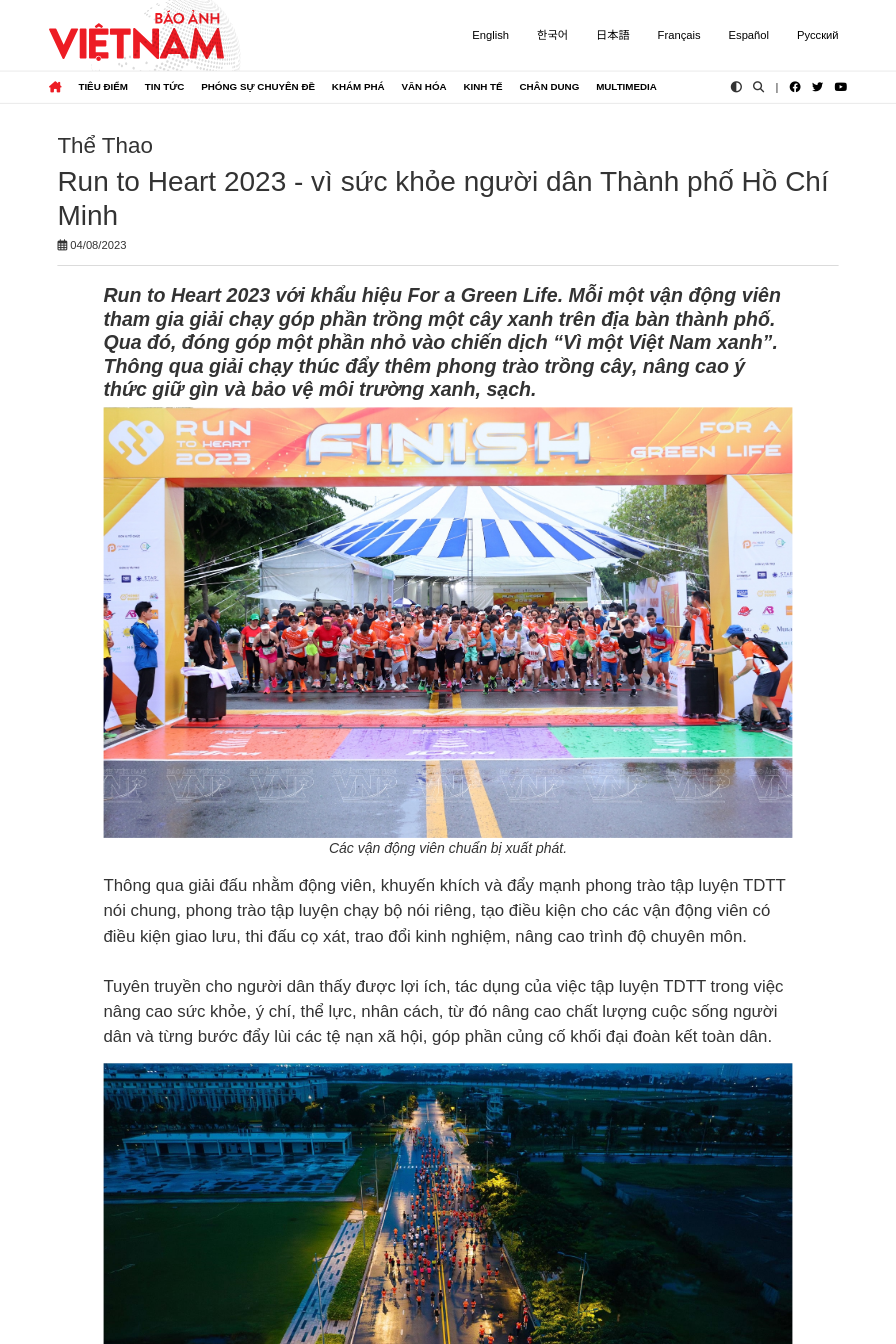
Repository: kietdotshp/webtintuc
Page: Detail.html
The author's editor kept a copy of each file at every save. The page is drawn from the files as they stood at one save, then again after the next save.
The browser window is 1280 px wide. The pictures show the part of the page from y = 0 to 1920 px (the page is 10231 px tall), at 70% of full size.
A picture or video elsewhere on the page could not be fetched, so the positions and the page height are approximate. Some web libraries are served in a nearby version.

Above is the page before, as saved 2023-08-16 14:02:33.

After the next save:
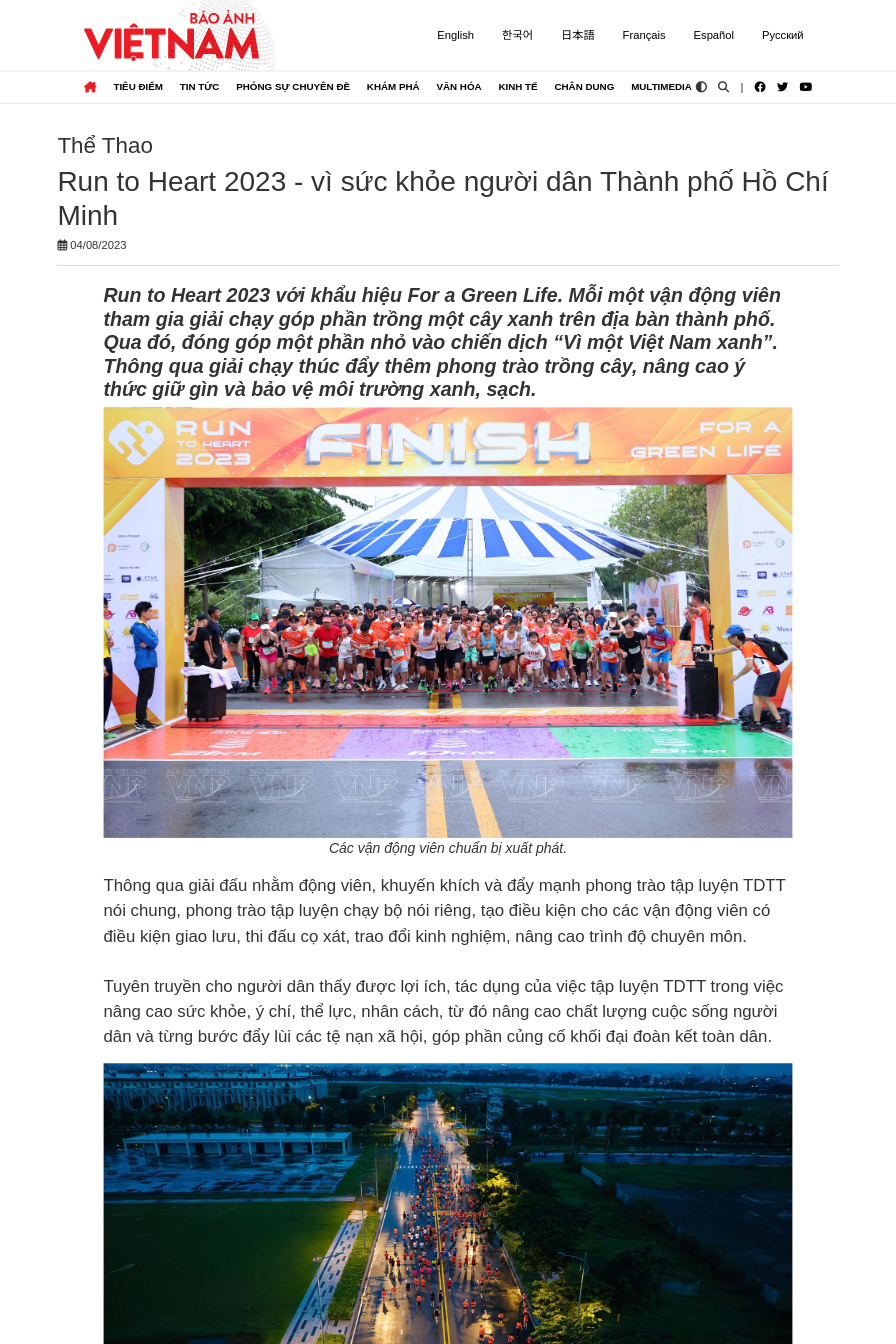
Saved 19 s later.
--- a/assets/css/detail.css
+++ b/assets/css/detail.css
@@ -52,7 +52,7 @@
 }
 
 .container-custom {
-  max-width: 1200px;
+  max-width: 1100px;
   padding-inline: 15px;
   margin: 0 auto;
 
